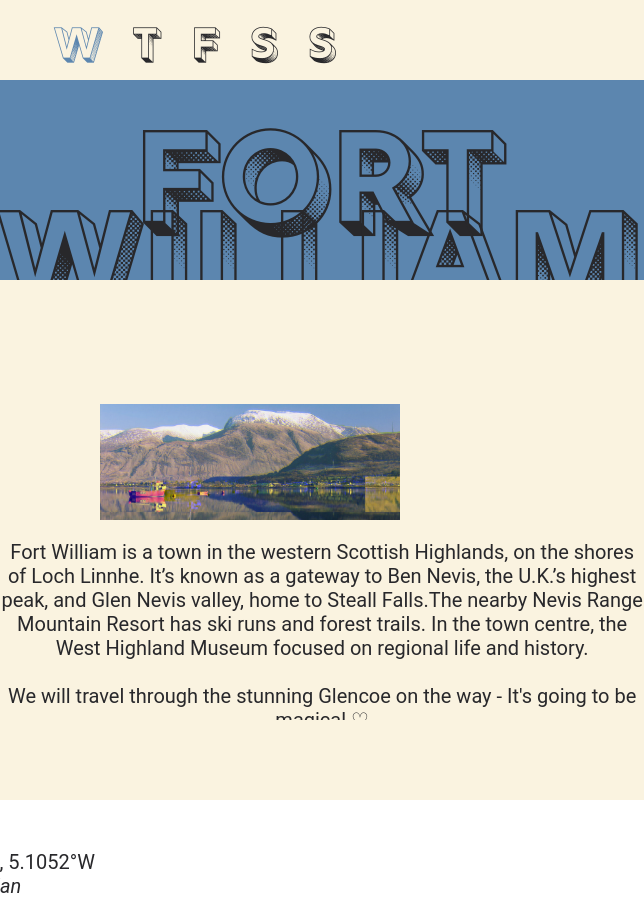
Repository: etak-yram/FINAL-CFG-WEB-DEV
Page: wednesday.html
The author's editor kept a copy of each file at every save. The page is drawn from the files as they stood at one save, then again after the next save.
The browser window is 375 px wide. The page is 644 px wide, then 430 px, so the pictures cover 644 px, including what lies to the right of the window. The pictures show the whole page.

Above is the page before, as saved 2022-07-27 13:37:20.

### wednesday.html
<!DOCTYPE html>
<html lang="en">

<style>
    #menu-item-wed {
    color: #5c86af;
}

    #aside-color-w {
    background-color: #5c86af;
}

    #aside-text-wed {
        font-size: 6em;
    }

    #aside-text-wed {
        font-size: 6em;
    }
</style>

<head>
    <meta charset="UTF-8">
    <meta http-equiv="X-UA-Compatible" content="IE=edge">
    <meta name="viewport" content="width=device-width, initial-scale=1.0">
    <link rel="stylesheet" type="text/css" href="style-main.css"/>

    <title>WED</title>
</head>
<body>
        <aside id="aside-color-w">
            <div class="aside-text-h" id="aside-text-wed">
                <h1>Fort<br>William</h1>
            </div>
        </aside>

        <subtext>
            <p class="sub-text">56.8198° N, 5.1052°W<br><em>An Gearasdan</em></p>
        </subtext>

        <header>
            <ul class="navbar">
                <li><a href="/wednesday.html" id="menu-item-wed" class="menu-item">Wed</a></li>
                <li><a href="/thursday.html" id="menu-item-thu" class="menu-item">Thu</a></li>
                <li><a href="/friday.html" id="menu-item-fri" class="menu-item">Fri</a></li>
                <li><a href="/saturday.html" id="menu-item-sat" class="menu-item">Sat</a></li>
                <li><a href="/sunday.html" id="menu-item-sun" class="menu-item">Sun</a></li>
            </ul>
        </header>



        <mobile-header>
            <ul class="mobile-navbar">
                <li><a href="/wednesday.html" id="menu-item-wed" class="menu-item">W</a></li>
                <li><a href="/thursday.html" id="menu-item-thu" class="menu-item">T</a></li>
                <li><a href="/friday.html" id="menu-item-fri" class="menu-item">F</a></li>
                <li><a href="/saturday.html" id="menu-item-sat" class="menu-item">S</a></li>
                <li><a href="/sunday.html" id="menu-item-sun" class="menu-item">S</a></li>
            </ul>
        </mobile-header>



        <main-img>
            <div>
                <img class="home-image" src="/images/Fort William.png">
            </div>
        </main-img>

        <main><p>Fort William is a town in the western Scottish Highlands, on the shores of Loch Linnhe. It’s known as a gateway to Ben Nevis, the U.K.’s highest peak, and Glen Nevis valley, home to Steall Falls.The nearby Nevis Range Mountain Resort has ski runs and forest trails. In the town centre, the West Highland Museum focused on regional life and history.<br><br>
        We will travel through the stunning Glencoe on the way - It's going to be magical ♡</p></main>

        <footer></footer>

        <rightside></rightside>

</html>

### style-main.css
@font-face {
  font-family: halftone;
  src: url("/fonts/MyFontsWebfontsKit/webFonts/RigBoldHalftone/font.woff");
}
@import url('https://fonts.googleapis.com/css2?family=Roboto:wght@100&display=swap');
/* font-family: 'Roboto', sans-serif; */

body, html {
  height: 100vh;
}


body {
  margin: 0;
  display: grid;
  grid-template-columns: 21% 15% 20% 30% 21% ;
  grid-template-rows: 10% auto auto 10%;
  grid-template-areas:
    "sidebar subtext header header aside"
    "sidebar subtext main-img main-img aside"
    "sidebar subtext main main aside"
    "sidebar footer footer footer aside";
}


/* right sidebar */

rightside {
  grid-area: aside;
  background-color:#faf3e0;
}

/* sidebar */
aside {
  grid-area: sidebar;
}

.aside-text-h {
  transform: rotate(-90deg);
  transform-origin:bottom right;
  padding-top: 100px;
}

.aside-text-h h1 {
  font-family: halftone;
  color: #28282B;
  line-height: 130px;
}

/* subtext */

subtext {
  grid-area: subtext;
  background-color:#faf3e0;
}

.sub-text {
  font-family: 'Roboto', sans-serif;
  color:#28282B;
  font-size: 25px;
  transform: rotate(-90deg);
  transform-origin:bottom;
  padding-top: 550px;
  margin-left: -100px;
}


/* navbar */



header {
  grid-area: header;
  background-color:#faf3e0;
}


.navbar {
  display: flex;
  list-style: none;
  justify-content: center;
  justify-items: center;

}

.navbar a {
  font-family: halftone;
  text-decoration: none;
  color: #28282B;
  font-size: 4rem;
  padding: 20px;
}

#menu-item-wed:hover {
	color: #5c86af;
}
#menu-item-thu:hover {
	color: #ff914d;
}
#menu-item-fri:hover {
	color: #ffde59;
}
#menu-item-sat:hover {
	color: #03989e;
}
#menu-item-sun:hover {
	color: #b071c2;
}

/* main image  */

main-img {
  grid-area: main-img;
  background-color:#faf3e0;
  display: flex;
  align-items: center;
  padding-left: 100px;
  padding-top: 100px;
}

.home-image {
  width: 800px;
}


/* paragraph of info */
main {
  grid-area: main;
  background-color: #faf3e0;
  text-align: center;
}

main p {
  font-family: 'Roboto', sans-serif;
  color:#28282B;
  font-size: 20px;
}


/* footer */
footer {
  grid-area: footer;
  background-color:#faf3e0;
}





























/* Media Queries */

/* Extra small devices (phones, 600px and down) */
@media only screen and (max-width: 600px) {

  body {
    margin: 0;
    display: grid;
    grid-template-columns: 1fr;
    grid-template-rows: 10% 25% 10% 20% 25% 10%;
    grid-template-areas:
      "header"
      "sidebar"
      "subtext"
      "main-img"
      "main"
      "footer";
  }

  header {
    display: none;
    padding: none;
  }

  mobile-header {
    grid-area: header;
    background-color:#faf3e0;
  }


  .mobile-navbar {
    display: flex;
    list-style: none;

  }

  .mobile-navbar a {
    font-family: halftone;
    text-decoration: none;
    color: #28282B;
    font-size: 3rem;
    padding: 15px;

  }


/* sidebar */
aside {
  grid-area: sidebar;
  display: flex;
  align-self: center;
  text-align: center;
}


.aside-text-h h1 {
  font-family: halftone;
  color: #28282B;
  font-size: 1.5em;;
  line-height: 80px;
}


.aside-text-h {
  transform: none;
  transform-origin: none;
}


/* subtext */

subtext {
  grid-area: subtext;
  background-color:#faf3e0;
}

.sub-text {
  font-family: 'Roboto', sans-serif;
  color:#28282B;
  font-size: 20px;
  transform: none;
}





/* main image  */

main-img {
  grid-area: main-img;
  background-color:#faf3e0;
  display: flex;
  align-items: center;
}

.home-image {
  width: 80vw;
}


/* paragraph of info */
main {
  grid-area: main;
  background-color: #faf3e0;
  text-align: center;
}

main p {
  font-family: 'Roboto', sans-serif;
  color:#28282B;
  font-size: 20px;
}


/* footer */
footer {
  grid-area: footer;
  background-color:#faf3e0;
}


  }

/* Small devices (portrait tablets and large phones, 600px and up) */
@media only screen and (min-width: 600px) {}
/* Medium devices (landscape tablets, 768px and up) */
@media only screen and (min-width: 768px) {}

/* Large devices (laptops/desktops, 992px and up) */
@media only screen and (min-width: 992px) {
  mobile-header {
    display: none;
  }
}

/* Extra large devices (large laptops and desktops, 1200px and up) */
@media only screen and (min-width: 1200px) {
  mobile-header {
    display: none;
  }
}

After the next save:
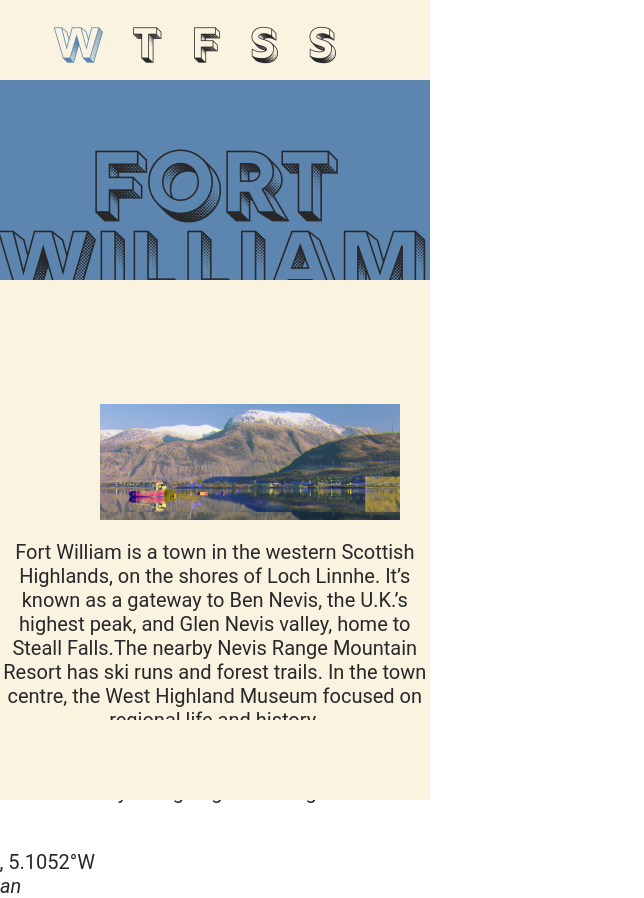
Saved 5 s later.
--- a/style-main.css
+++ b/style-main.css
@@ -229,7 +229,7 @@ aside {
 .aside-text-h h1 {
   font-family: halftone;
   color: #28282B;
-  font-size: 1.5em;;
+  font-size: 1em;
   line-height: 80px;
 }
 
